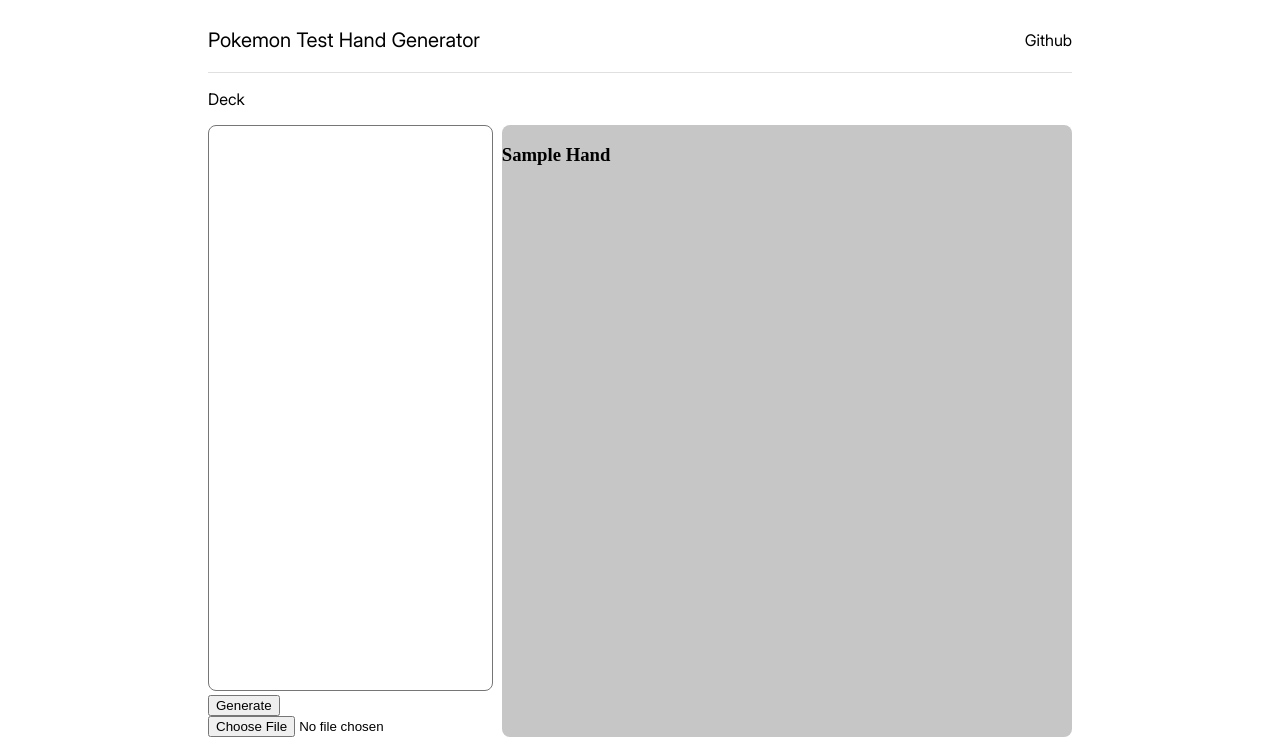
Repository: danielj1415/test-hand-simulator
Page: /
These files come from the project's save history. The page is drawn as it stood at one moment and after the next save; the edit follows.
The browser window is 1280 px wide. The pictures show the whole page.
The project was rebuilt for these pictures with package versions that can differ from the ones it lists, and the page was loaded fresh each time. Also part of the build but not shown: vite.config.ts, src/index.css.

Above is the page before, as saved 2024-10-31 17:32:34.

After the next save:
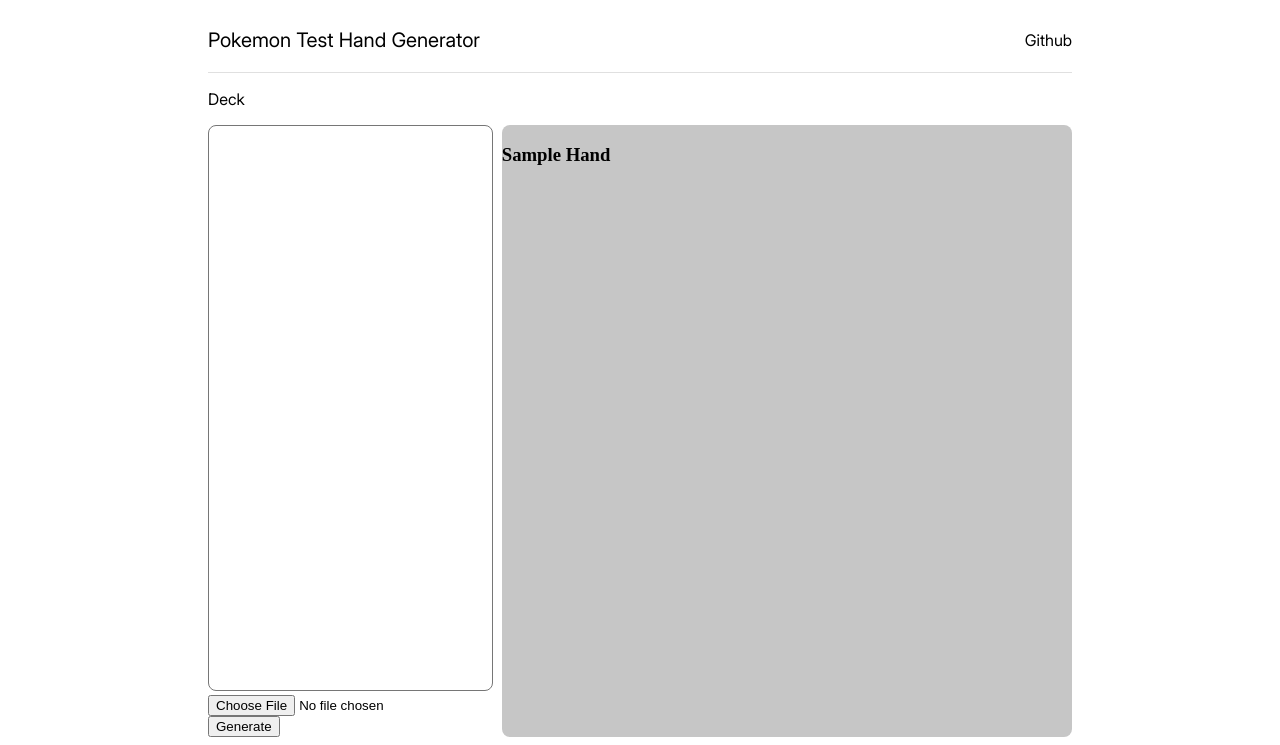
Saved 53 s later.
--- a/src/App.tsx
+++ b/src/App.tsx
@@ -1,13 +1,12 @@
-import { useState } from 'react'
-import './App.css'
+import { useState } from 'react';
+import './App.css';
 
 function App() {
-
   const [deckList, setDeckList] = useState({
     deck: ''
-  })
+  });
   const [selectedFile, setSelectedFile] = useState<File | null>(null); // Specify the file type
-  const [sampleHand, setSampleHand] = useState<string[]>([]);
+  const [sampleHand, setSampleHand] = useState<string[]>([]); // State to store the generated hand
 
   // Handle input changes
   const handleChange = (e: React.ChangeEvent<HTMLTextAreaElement>) => {
@@ -37,7 +36,13 @@
     }
   };
 
-  // Handle form submission
+  // Function to parse the deck input into an array of individual cards
+  const parseDeck = () => {
+    // Split each line into an individual card and remove any empty lines
+    return deckList.deck.split('\n').filter(line => line.trim() !== '');
+  };
+
+  // Handle form submission to generate a random sample hand of 7 cards
   const handleSubmit = (e: React.FormEvent) => {
     e.preventDefault(); // Prevents the default form submission behavior
 
@@ -55,38 +60,38 @@
     setSampleHand(hand); // Set the sample hand state to display
   };
 
-  // Function to parse the deck input into an array of individual cards
-  const parseDeck = () => {
-    // Split each line into an individual card and remove any empty lines
-    return deckList.deck.split('\n').filter(line => line.trim() !== '');
-  };
-
   return (
     <div>
-      <div className = "mainContainer">
-        <div className = "navigationBar">
-          <p className = "headerTextBold">Pokemon Test Hand Generator</p>
-          <p className = "headerText">Github</p>
+      <div className="mainContainer">
+        <div className="navigationBar">
+          <p className="headerTextBold">Pokemon Test Hand Generator</p>
+          <p className="headerText">Github</p>
         </div>
-        <div className = "divider"/>
-        <p className = "mainText">Deck</p>
-        <div className = "mainBody">
-          <div className = "inputDeck">
-            <form onSubmit = {handleSubmit}>
+        <div className="divider"/>
+        <p className="mainText">Deck</p>
+        <div className="mainBody">
+          <div className="inputDeck">
+            <form onSubmit={handleSubmit}>
               <div>
                 <label htmlFor="deck"></label>
-                <textarea className = "deckInputDiv" id="deck" name="deck" value={deckList.deck} onChange={handleChange}/>
+                <textarea
+                  className="deckInputDiv"
+                  id="deck"
+                  name="deck"
+                  value={deckList.deck}
+                  onChange={handleChange}
+                />
               </div>
+              <div>
+                <input
+                  type="file"
+                  onChange={handleFileChange} // Event handler for file input
+                />
+              </div>
+              <button className="generateButton" type="submit">Generate</button>
             </form>
-            <button className="generateButton" type="submit">Generate</button>
-            <div>
-              <input
-                type="file"
-                onChange={handleFileChange} // Event handler for file input
-              />
-            </div>
           </div>
-          <div className = "testHands">
+          <div className="testHands">
             <h3>Sample Hand</h3>
             <ul>
               {sampleHand.map((card, index) => (
@@ -97,7 +102,7 @@
         </div>
       </div>
     </div>
-  )
+  );
 }
 
-export default App
+export default App;
